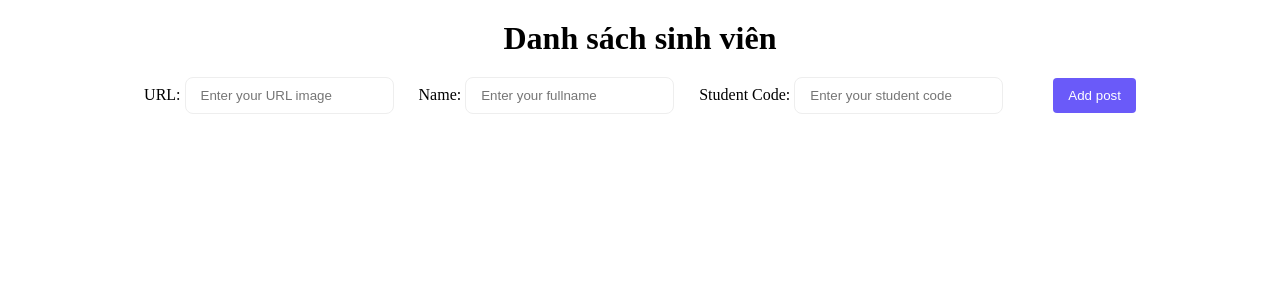
Repository: doquang195/demo-api
Page: indext.html
The author's editor kept a copy of each file at every save. The page is drawn from the files as they stood at one save, then again after a run of saves.
The browser window is 1280 px wide. The pictures show the whole page.
The page's requests for data from a server got no answer.

Above is the page before, as saved 2023-10-04 22:25:33.

### indext.html
<!DOCTYPE html>
<html lang="en">
    <head>
        <meta charset="UTF-8" />
        <meta name="viewport" content="width=device-width, initial-scale=1.0" />
        <link rel="stylesheet" href="./reset.css" />
        <link rel="stylesheet" href="./style.css" />
        <title>Demo Rest API</title>
    </head>
    <body>
        <div>
            <h2 class="heading">Danh sách sinh viên</h2>
            <div id="list-courses"></div>
        </div>
        <form action="" class="form-post" method="post">
            <div>
                <label>URL:</label>
                <input
                    type="text"
                    name="image"
                    placeholder="Enter your URL image"
                />
            </div>
            <div>
                <label>Name:</label>
                <input type="text" name="name" placeholder="Enter your fullname" />
            </div>
            <div>
                <label>Student Code:</label>
                <input
                    type="text"
                    name="code"
                    placeholder="Enter your student code"
                />
            </div>
            <div class="course-list">

            </div>
            <button type="submit">Add post</button>
        </form>
        <script src="./app.js"></script>
    </body>
</html>

### reset.css
html {
    box-sizing: border-box;
}
* {
    margin: 0;
    padding: 0;
}
*,
*:before,
*:after {
    box-sizing: border-box;
}
input,
textarea,
select,
button {
    outline: none;
}
input {
    line-height: normal;
}
label,
button {
    cursor: pointer;
}
a {
    text-decoration: none;
}
img {
    display: block;
    max-width: 100%;
}

### style.css
.heading {
    font-size: 32px;
    text-align: center;
    padding: 20px;
}

.form-post {
    display: flex;
    justify-content: center;
    align-items: center;
    gap: 0 25px;
}

.form-post input {
    padding: 10px 15px;
    border: 1px solid #eee;
    border-radius: 8px;
}

.form-post button {
    background-color: #6a5af9;
    color: white;
    border: 0;
    outline: none;
    padding: 10px 15px;
    border-radius: 4px;
}

### app.js
// let coursesAPI = "http://localhost:3000/courses";

// function start() {
//     getCourses(renderCourses);
//     handleCreateForm();
// }

// start();

// function getCourses(callback) {
//     fetch(coursesAPI)
//         .then((res) => res.json())
//         .then(callback);
// }

// function createCourse(data, callback) {
//     let options = {
//         method: "POST",
//         headers: {
//             "Content-Type": "application/json",
//         },
//         body: JSON.stringify(data),
//     };
//     fetch(coursesAPI, options)
//         .then((res) => res.json())
//         .then(callback);
// }

// function handleDeleteCourse(id) {
//     let options = {
//         method: "DELETE",
//         headers: {
//             "Content-Type": "application/json",
//         },
//     };
//     fetch(coursesAPI + "/" + id, options)
//         .then((res) => res.json())
//         .then(function () {
//             const courseItem = document.querySelector(".course-" + id);
//             if (courseItem) {
//                 courseItem.remove();
//             }
//         });
// }

// function renderCourses(courses) {
//     let listCourses = document.querySelector("#list-courses");
//     const htmls = courses.map(function (course) {
//         return `
//             <div class="course-${course.id}" style="width: 300px, height: 300px">
//                 <h4>${course.name}</h4>
//                 <p>${course.description}</p>
//                 <button onclick="handleDeleteCourse(${course.id})">Xoa</button>
//             </div>`;
//     });
//     listCourses.innerHTML = htmls;
// }

// function handleCreateForm() {
//     const createBtn = document.querySelector("#create");
//     createBtn.onclick = function () {
//         const name = document.querySelector('input[name="name"]').value;
//         const description = document.querySelector(
//             'input[name="description"]'
//         ).value;
//         const formData = {
//             name: name,
//             description: description,
//         };
//         createCourse(formData, function () {
//             getCourses(renderCourses);
//         });
//     };
// }
const student = {
    image: "",
    studentCode: "",
    name: "",
};

const endpoint = "http://localhost:3000/courses";

async function addPost(image, studentCode, name) {
    const response = fetch(endpoint, {
        method: "POST",
        body: JSON.stringify({
            image,
            studentCode,
            name,
        }),
        headers: {
            "Content-type": "application/json; charset=UTF-8",
        },
    })
        .then((res) => res.json())
        .then((json) => {});
}

async function getStudents() {
    const response = await fetch(endpoint);
    const data = await response.json();
    console.log(data);
}

function renderItems(item) {

}

const formPost = document.querySelector(".form-post");
formPost.addEventListener("submit", async function (e) {
    e.preventDefault();
    const image = this.elements["image"].value;
    const studentCode = this.elements["code"].value;
    const name = this.elements["name"].value;
    await addPost(image, studentCode, name);
    this.reset();
});

getStudents();

After the next 2 saves:
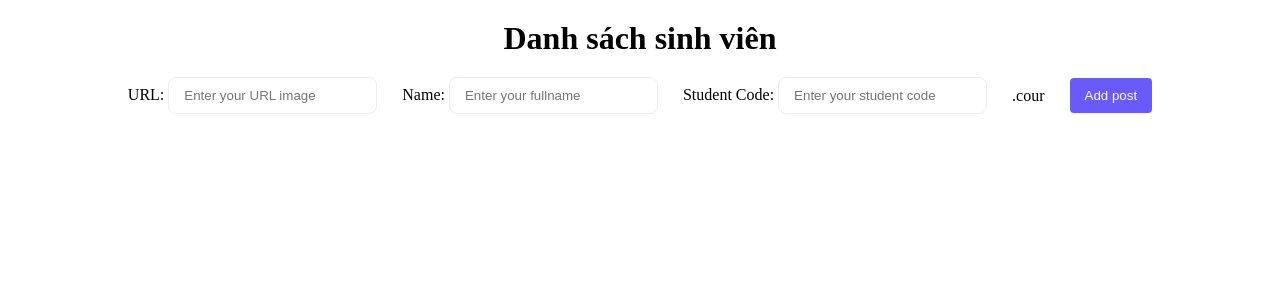
The 2 saves are shown as one change because they came seconds apart.
The last was saved 12 s later.
--- a/indext.html
+++ b/indext.html
@@ -34,7 +34,7 @@
                 />
             </div>
             <div class="course-list">
-
+                .cour
             </div>
             <button type="submit">Add post</button>
         </form>

After the save that followed:
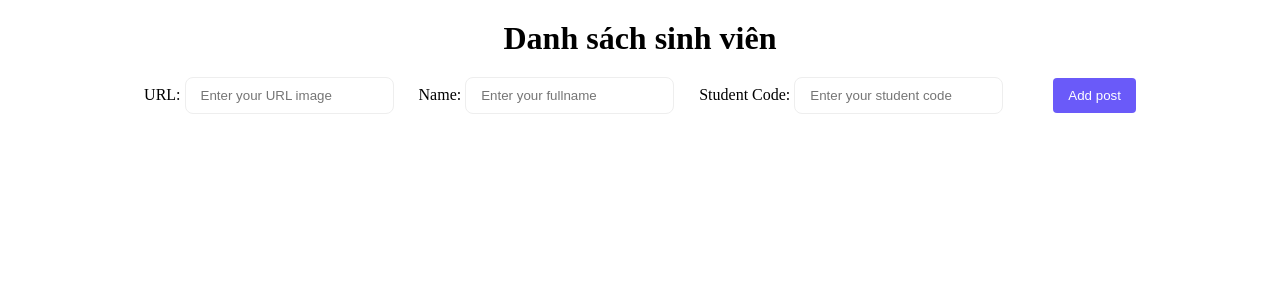
Saved 6 s later.
--- a/indext.html
+++ b/indext.html
@@ -34,7 +34,7 @@
                 />
             </div>
             <div class="course-list">
-                .cour
+                <div class="course-item"></div>
             </div>
             <button type="submit">Add post</button>
         </form>
